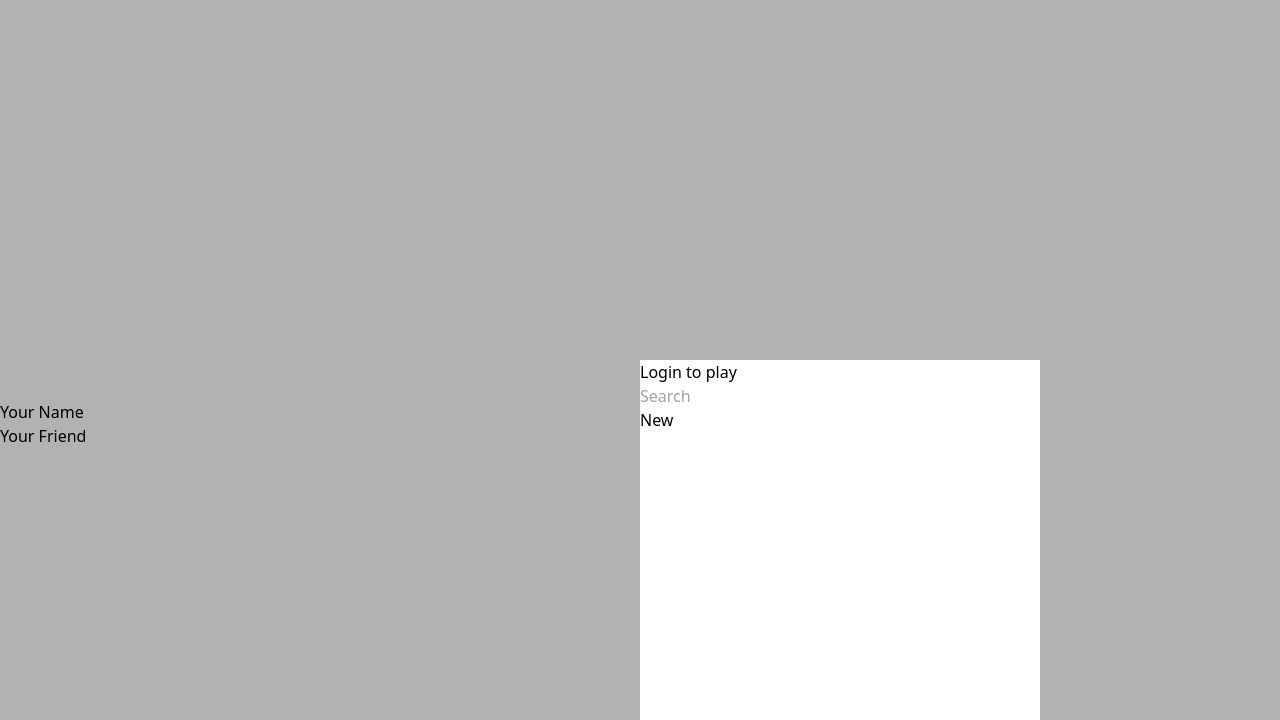
Repository: Teddy1705/demo_pj
Page: /
These files come from the project's save history. The page is drawn as it stood at one moment and after the next save; the edit follows.
The browser window is 1280 px wide. The pictures show the whole page.
The project was rebuilt for these pictures with package versions that can differ from the ones it lists, and the page was loaded fresh each time. Also part of the build but not shown: vite.config.js.

Above is the page before, as saved 2024-04-16 08:56:07.

After the next save:
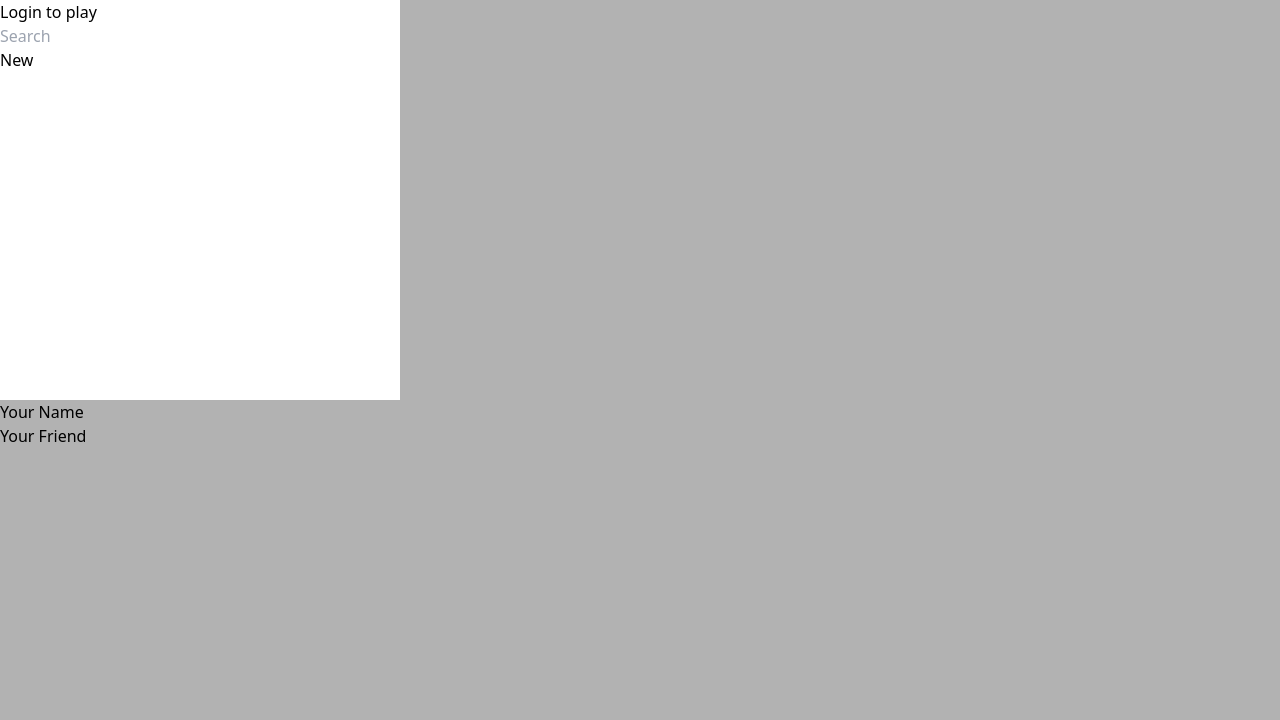
Saved 117 s later.
--- a/src/index.css
+++ b/src/index.css
@@ -578,8 +578,7 @@ video {
 #modal .modal__body {
   position: relative;
   background-color: var(--white-color);
-  top: 50%;
-  left: 50%;
+  margin: 0;
   width: 400px;
   height: 400px;
 }
